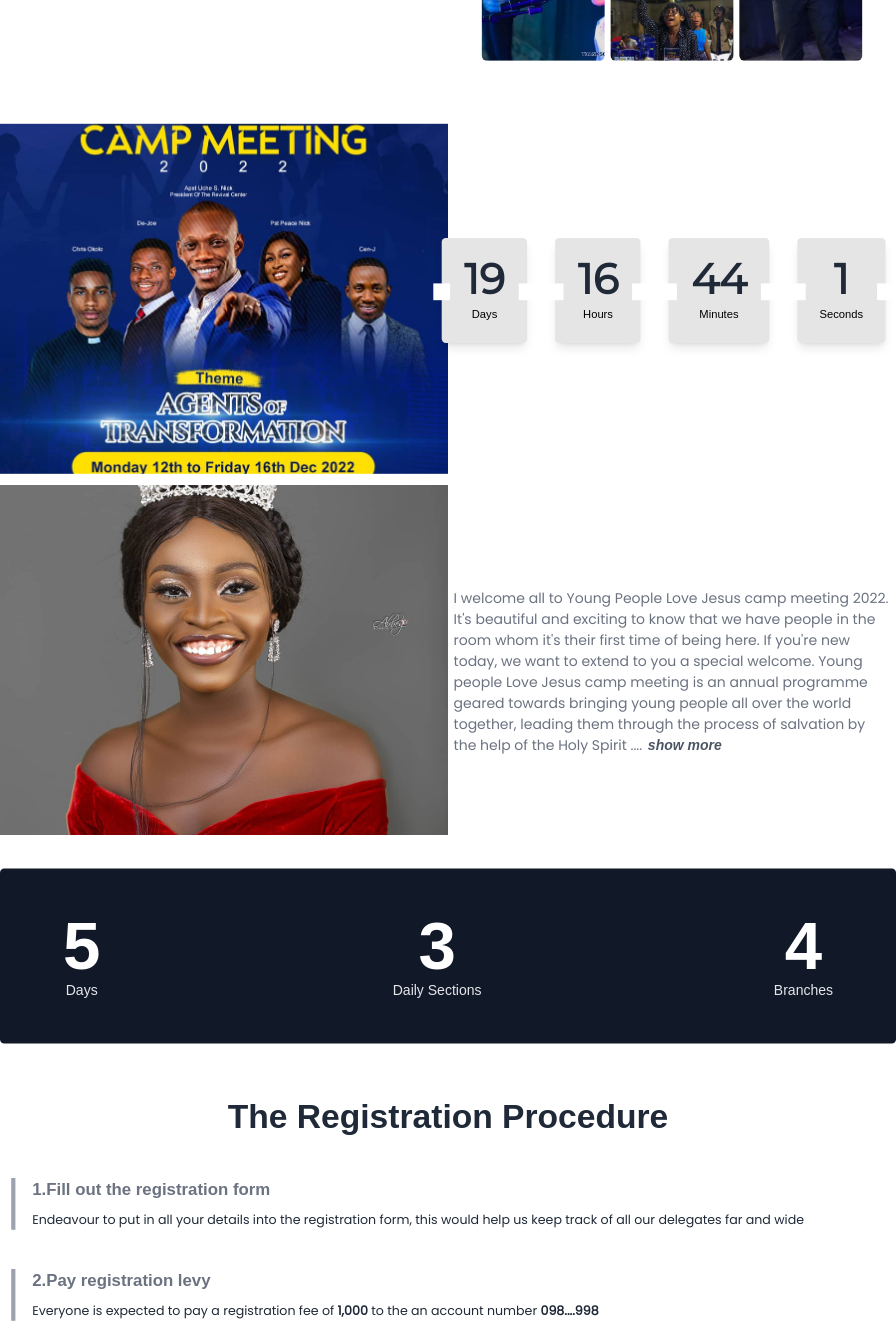
Repository: Ifenna-Pascal/user-camp-onboarding
Page: /
An editor plug-in stored every save of this project. The page is shown before and after the next save, followed by the edit.
The browser window is 1280 px wide. The pictures show the part of the page from y = 627 to 2547 px (the page is 3406 px tall), at 70% of full size.
Some web fonts or font styles are not loaded; a fallback is used. The project was rebuilt for these pictures with package versions that can differ from the ones it lists, and the page was loaded fresh each time. The framework's server and built-in components were replaced by stand-ins that run in the browser. Also part of the build but not shown: next.config.js, components/hooks/useSetting.jsx, components/general/Carousel.jsx, components/sections/HowItWorks.jsx, styles/Home.module.css.

Above is the page before, as saved 2022-11-26 11:27:07.

After the next save:
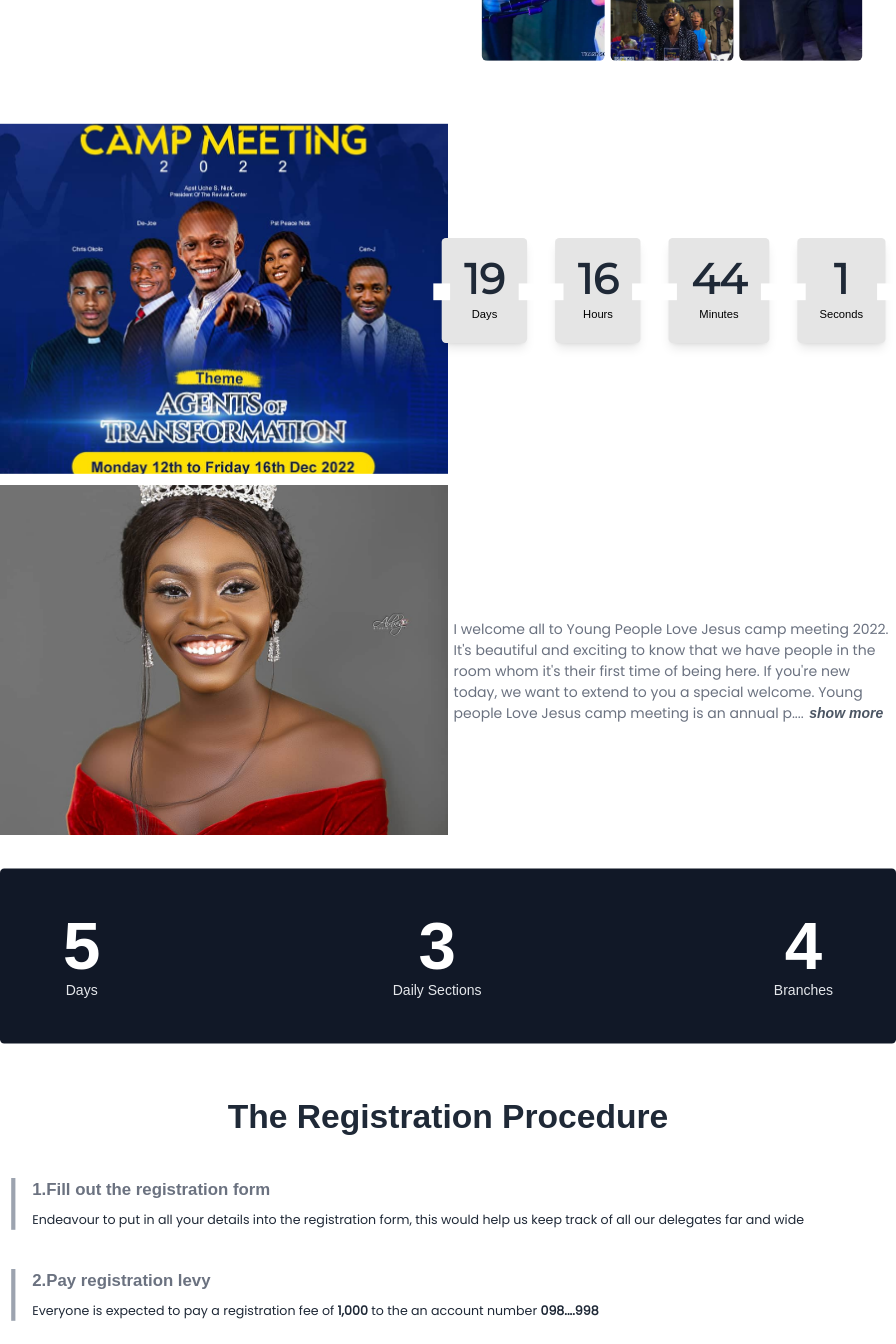
Saved 20 s later.
--- a/components/sections/Speech.jsx
+++ b/components/sections/Speech.jsx
@@ -19,7 +19,7 @@ function Speech() {
     The Lord is about to take us to a new level, are you ready for it?
     Like our Daddy, Apostle Uche S. Nick would say, With Jesus joy in my
     heart,I say once again, you're welcome!`;
-  let distance = show ? p.length - 1 : 464;
+  let distance = show ? p.length - 1 : 304;
   return (
     <div className="grid grid-cols-1 lg:grid-cols-2 pt-12 items-center justify-center ">
       <div className="w-full -mt-8  h-[500px]">
